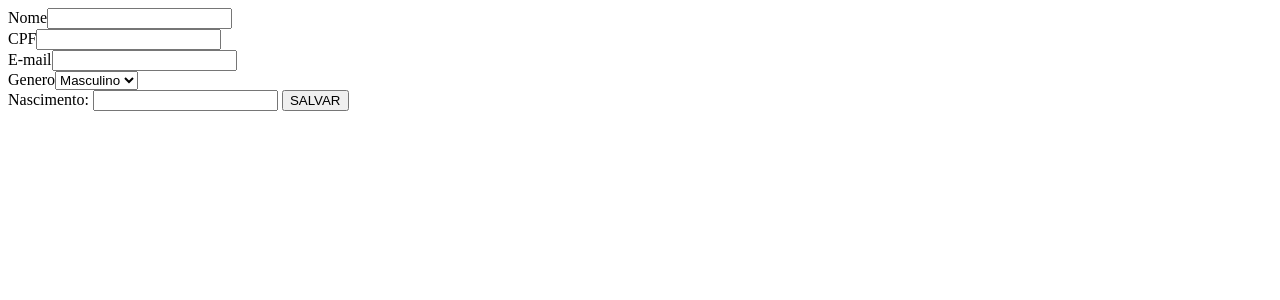
Repository: BrunoFBI/LED-2019
Page: http://localhost/les12015-web/CadastroCliente.jsp
These files come from the project's save history. The page is drawn as it stood at one moment and after the next save; the edit follows.
The browser window is 1280 px wide. The pictures show the whole page.
The page is served by Tomcat 9.

Above is the page before, as saved 2019-02-13 14:01:33.

After the next save:
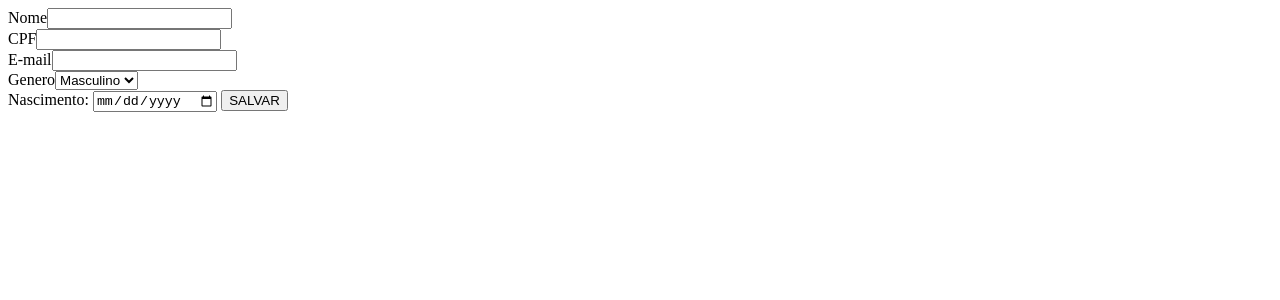
Saved 71 s later.
--- a/les12015-web/WebContent/CadastroCliente.jsp
+++ b/les12015-web/WebContent/CadastroCliente.jsp
@@ -18,7 +18,7 @@
 			  <option value="feminino">Feminino</option>
 			  <option value="outros">Outros</option>
 			</select></br>
-			Nascimento: <input type="text" name="bday">
+			Nascimento: <input type="date" name="bday">
 		<input type="submit" name="operacao" value="SALVAR" id="operacao">
 	</form>
 </body>
